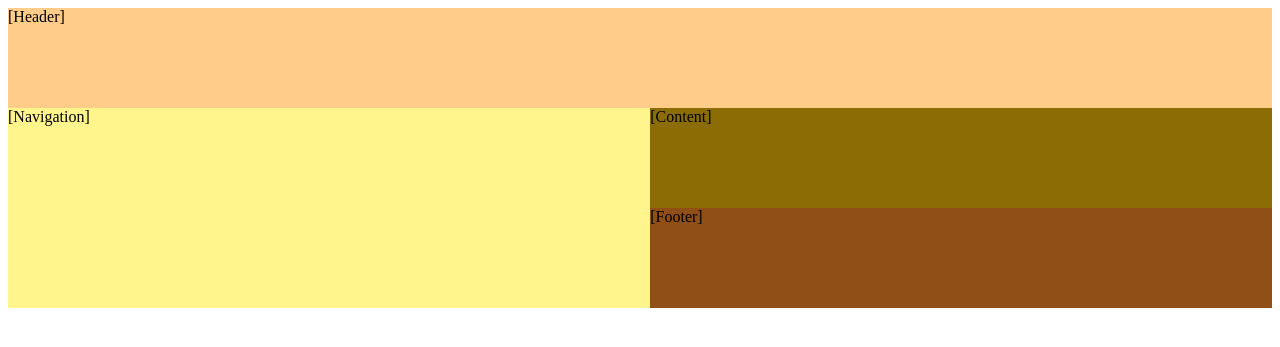
Repository: IrinaGetmanenko/week6
Page: tables.html
These files come from the project's save history. The page is drawn as it stood at one moment and after the next save; the edit follows.
The browser window is 1280 px wide. The pictures show the whole page.

Above is the page before, as saved 2022-09-02 14:55:07.

### tables.html
<!DOCTYPE html>
<html lang="en">
<head>
    <meta charset="UTF-8">
    <meta http-equiv="X-UA-Compatible" content="IE=edge">
    <meta name="viewport" content="width=device-width, initial-scale=1.0">
    <title>Document</title>
</head>
<style>




.page {
  display: grid;
  width: 100%;
  height: 300px;
  grid-template-areas: "head head"
                       "nav content "
                       "nav foot";

}

.page > header {
  grid-area: head;
  background-color: hsl(34, 100%, 77%);
}

.page > nav {
  grid-area: nav;
  background-color: #fff58c;
}

.page > main {
  grid-area: content;
  background-color: #8b6c05;
}



.page > footer {
  grid-area: foot;
  background-color: #8f4f17;
}



</style>
<body>


    <div class="page">
        <header>[Header]</header>
        <nav>[Navigation]</nav>
        <main>[Content]</main>
        <footer>[Footer]</footer>
      </div>

</body>
</html>

After the next save:
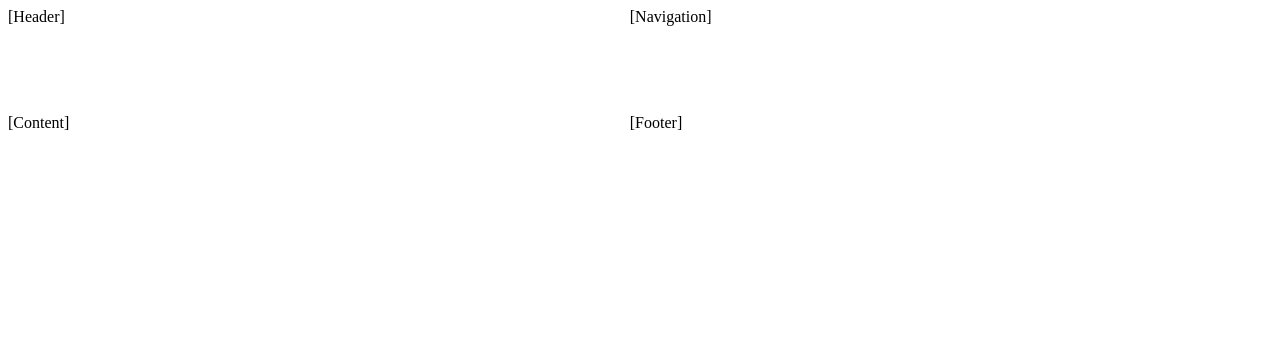
Saved 63 s later.
--- a/tables.html
+++ b/tables.html
@@ -11,7 +11,7 @@
 
 
 
-.page {
+.grid {
   display: grid;
   width: 100%;
   height: 300px;
@@ -49,7 +49,7 @@
 <body>
 
 
-    <div class="page">
+    <div class="grid">
         <header>[Header]</header>
         <nav>[Navigation]</nav>
         <main>[Content]</main>

After the save that followed:
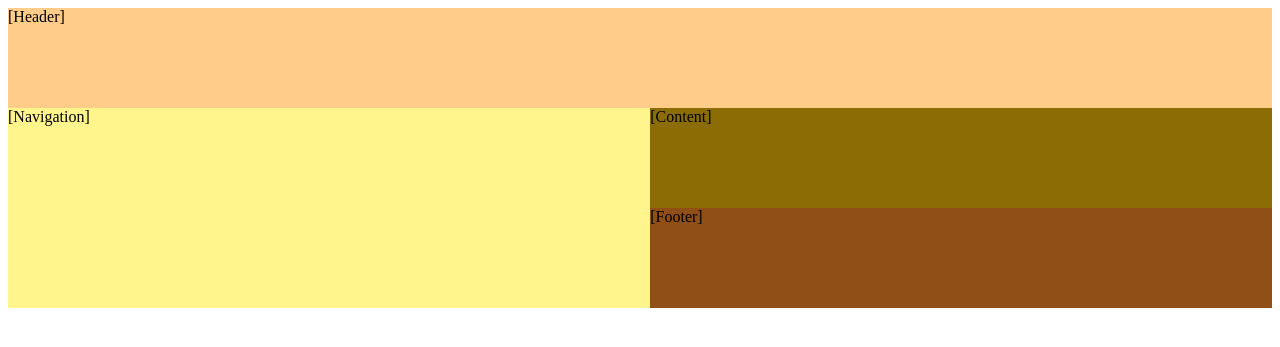
Saved 20 s later.
--- a/tables.html
+++ b/tables.html
@@ -21,24 +21,24 @@
 
 }
 
-.page > header {
+.grid > header {
   grid-area: head;
   background-color: hsl(34, 100%, 77%);
 }
 
-.page > nav {
+.grid > nav {
   grid-area: nav;
   background-color: #fff58c;
 }
 
-.page > main {
+.grid > main {
   grid-area: content;
   background-color: #8b6c05;
 }
 
 
 
-.page > footer {
+.grid > footer {
   grid-area: foot;
   background-color: #8f4f17;
 }
